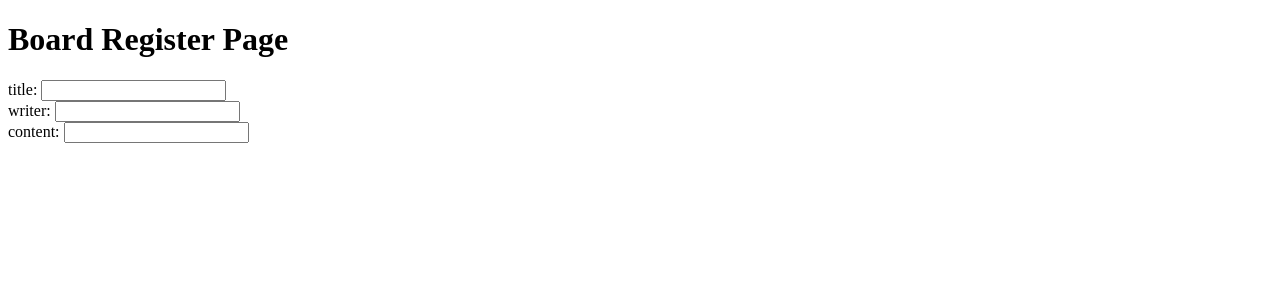
Repository: hwimi/2024-04-12-01
Page: http://localhost/jsp_study/board/register.jsp
The author's editor kept a copy of each file at every save. The page is drawn from the files as they stood at one save, then again after the next save.
The browser window is 1280 px wide. The pictures show the whole page.
The page is served by Tomcat 9.

Above is the page before, as saved 2024-04-12 02:34:10.

After the next save:
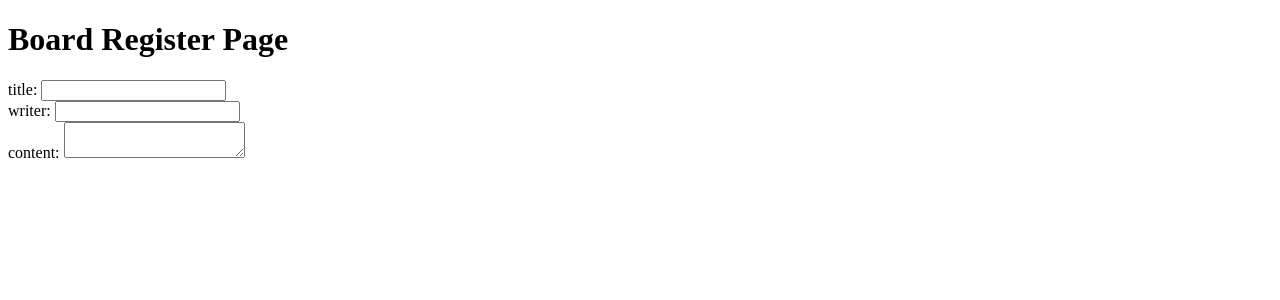
Saved 8 s later.
--- a/jsp_study/src/main/webapp/board/register.jsp
+++ b/jsp_study/src/main/webapp/board/register.jsp
@@ -11,7 +11,7 @@
 	<form action="/brd/insert" method="post">
 	title: <input type="text" name="title"><br>
 	writer: <input type="text" name="writer"><br>
-	content: <input type="text" name="writer"><br>
+	content: <textarea rows="" cols=""></textarea>
 	</form>
 </body>
 </html>
